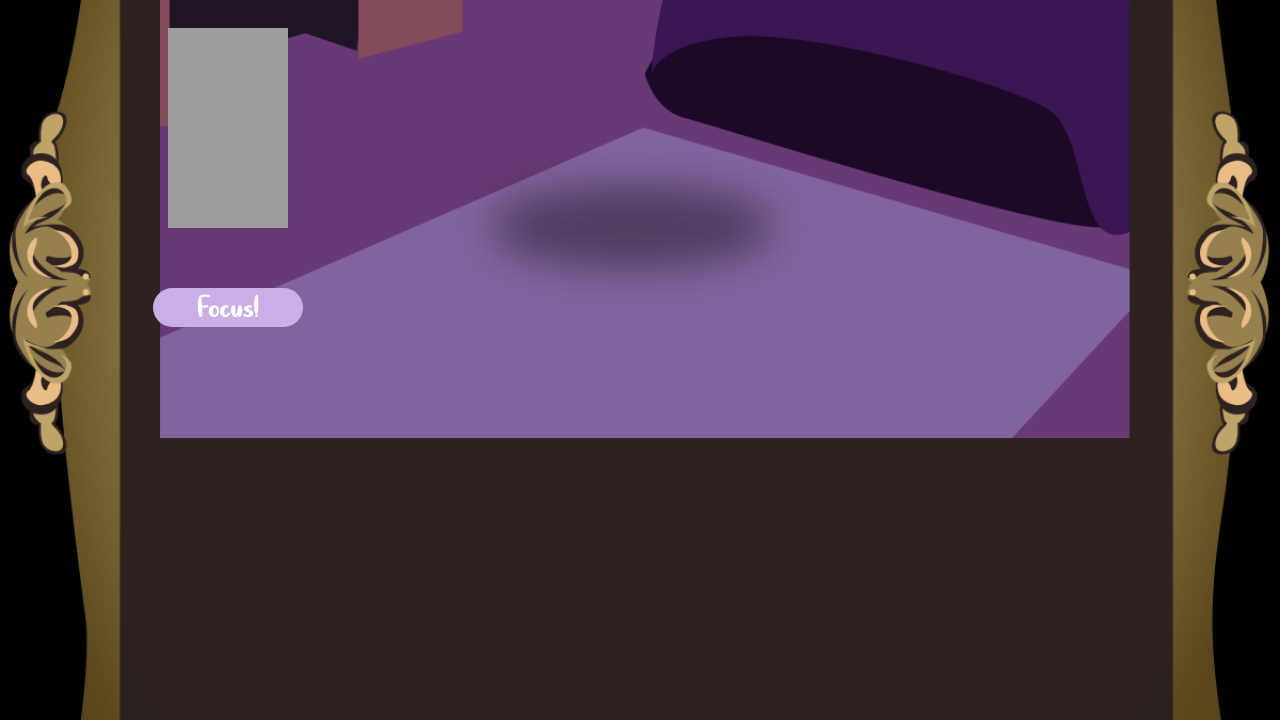
Repository: zhangolivia7/Little-Witch-Alcove
Page: popup.html
These files come from the project's save history. The page is drawn as it stood at one moment and after the next save; the edit follows.
The browser window is 1280 px wide. The pictures show the whole page.
Pictures or frames that could not be fetched are drawn as grey boxes.

Above is the page before, as saved 2025-11-15 16:24:54.

### popup.html
<!DOCTYPE html>
<html>
  <head>
    <title>Little Witch Alcove</title>
    <link rel="stylesheet" href="popup.css">
  </head>
  <body>
    <div>
        <img src="Assets/Witch.png" alt="Witch" id="witch-img">
    </div>
    <button id="focus-btn">Focus!</button>

    <script src="popup.js"></script>
  </body>
</html>

### popup.css
@font-face {
    font-family: 'QuiteMagical';
    src: url('Assets/Font/QuiteMagicalRegular.ttf');
}

body {
    width: 400px;
    height: 500px;
    background-image: url('Assets/No UI.png');
    background-repeat: no-repeat;
    background-position: center center;
    background-size: cover;
    background-color: black;
    padding: 20px;
    font-family: 'QuiteMagical';
  }

  h1 {
    font-size: 18px;
    text-align: center;
  }

  #focus-btn {
    width: 150px;
    margin: 60px auto 0 auto;
    padding: 5px 2px 0px 2px;
    border-radius: 25px;
    background: #CAAFE5;
    color: white;
    font-family: 'QuiteMagical';
    font-size: 36px;
    border: none;
    cursor: pointer;
    display: block;
  }

  #witch-img {
    width: 120px;
    height: 200px;
    margin: 0 auto;
    display: block;
  }

### popup.js
document.getElementById("focus-btn").addEventListener("click", () => {
    alert("Hex of Concentration activated! 🔮");
  });

After the next save:
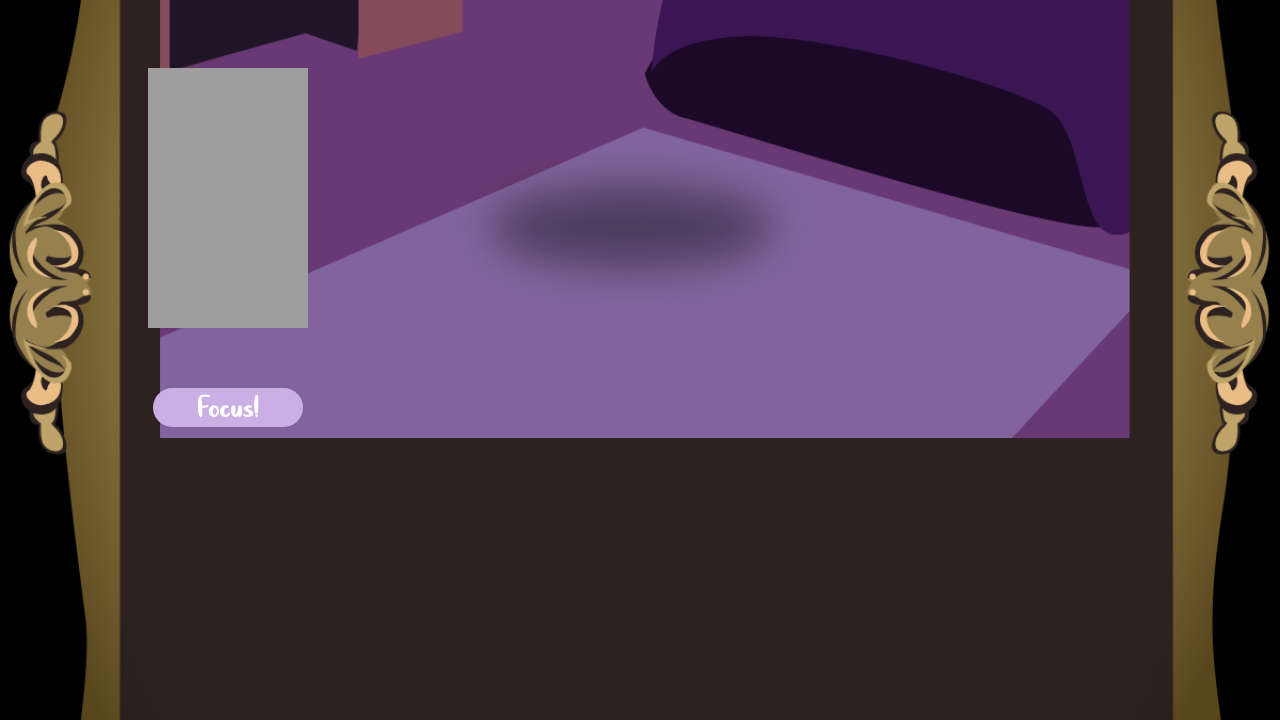
Saved 39 s later.
--- a/popup.css
+++ b/popup.css
@@ -35,8 +35,8 @@ body {
   }
 
   #witch-img {
-    width: 120px;
-    height: 200px;
-    margin: 0 auto;
+    width: 160px;
+    height: 260px;
+    margin: 40px auto 0 auto;
     display: block;
   }
